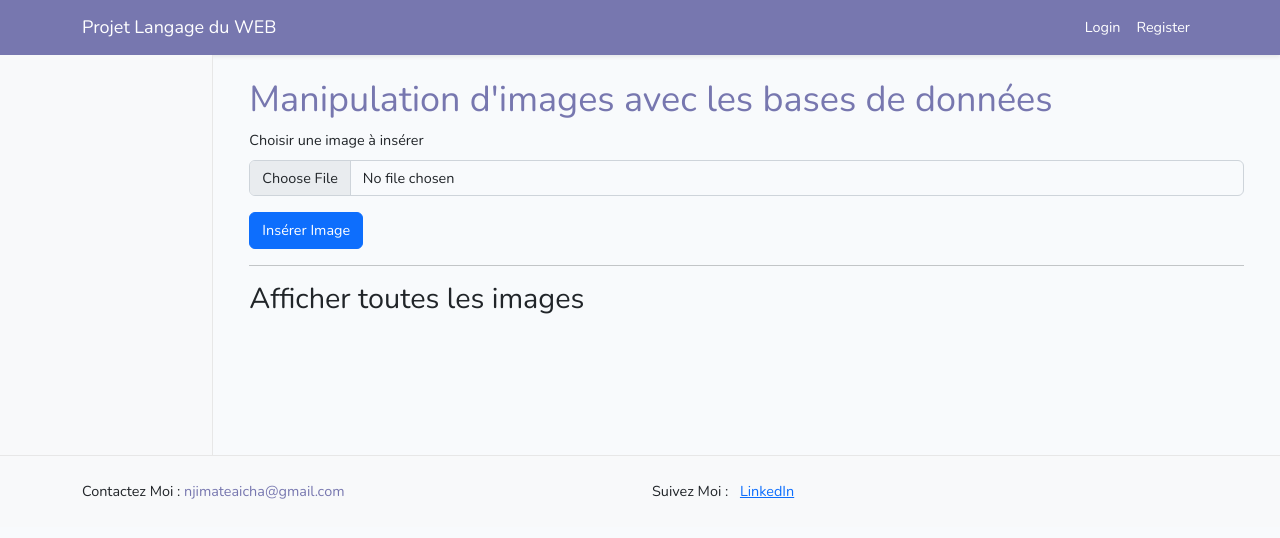
Repository: NjimateAicha/LaravelWeb
Page: http://localhost/image/create
The author's editor kept a copy of each file at every save. The page is drawn from the files as they stood at one save, then again after the next save.
The browser window is 1280 px wide. The pictures show the whole page.
Some web libraries are served in a nearby version. The page is served by the project's Laravel application, run on PHP 8.4 with Laravel 9. Other server files are loaded and not shown. Style sheets and scripts are compiled from the project's sources, by tool versions that may differ from the author's. Queries for data that is not in the repository find no rows.

Above is the page before, as saved 2024-05-19 17:38:14.

### routes/web.php
<?php

use App\Http\Controllers\AproposDeMoiController;
use App\Http\Controllers\ChartsController;
use App\Http\Controllers\EtudiantController;
use App\Http\Controllers\formulairesController;
use App\Http\Controllers\ImageController;
use App\Http\Controllers\JsController;
use App\Http\Controllers\MapController;
use App\Http\Controllers\MatriceController;
use App\Http\Controllers\PhpController;
use App\Http\Controllers\ProjetController;
use App\Http\Controllers\QuizController;
use Illuminate\Support\Facades\Auth;
use Illuminate\Support\Facades\Route;

/*
|--------------------------------------------------------------------------
| Web Routes
|--------------------------------------------------------------------------
|
| Here is where you can register web routes for your application. These
| routes are loaded by the RouteServiceProvider within a group which
| contains the "web" middleware group. Now create something great!
|
*/

Route::get('/', function () {
    return view('auth.login');
});


Auth::routes();

Route::get('/home', [App\Http\Controllers\HomeController::class, 'index'])->name('home');

Route::get('/projets', [ProjetController::class, 'index'])->name('projets.index');
Route::get('/aproposDeMoi', [AproposDeMoiController::class, 'index'])->name('aProposDeMoi.index');


/* CRUD Student */
Route::resource('/etudiant' ,EtudiantController::class );
/* CRUD image */
Route::resource('/image' ,ImageController::class );
/* CRUD Maps */
Route::resource('/map' ,MapController::class );
/* CRUD Charts */
Route::resource('/charts' ,ChartsController::class );
/* Matrice */
Route::resource('/matrice' ,MatriceController::class );
/* quiz */
Route::resource('/Quiz' ,QuizController::class );
Route::get('/quiz/javascript', [QuizController::class, 'javascriptQuiz'])->name('quiz.javascript');
Route::post('/quiz/calculateJS', [QuizController::class, 'calculateScoreJS'])->name('quiz.calculateJS');
Route::get('/quiz/php', [QuizController::class, 'phpQuiz'])->name('quiz.php');
Route::post('/quiz/calculatePHP', [QuizController::class, 'calculateScorePHP'])->name('quiz.calculatePHP');

### app/Http/Controllers/ImageController.php
<?php

namespace App\Http\Controllers;

use App\Models\Image;
use Illuminate\Http\Request;
use Illuminate\Support\Facades\Storage;

class ImageController extends Controller
{
    /**
     * Display a listing of the resource.
     *
     * @return \Illuminate\Http\Response
     */
    public function index()
    {

    }

    /**
     * Show the form for creating a new resource.
     *
     * @return \Illuminate\Http\Response
     */
    public function create()
{
    $images = Image::all();
    return view('image.create', compact('images'));
}

    /**
     * Store a newly created resource in storage.
     *
     * @param  \Illuminate\Http\Request  $request
     * @return \Illuminate\Http\Response
     */
    public function store(Request $request)
{
    $request->validate([
        'image_file' => 'required|image|mimes:jpeg,png,jpg,gif|max:2048', // Valider les images avec les extensions jpeg, png, jpg, gif et une taille maximale de 2 Mo
    ]);

    $size = $request->file('image_file')->getSize();
    $name = $request->file('image_file')->getClientOriginalName();
    $type = $request->file('image_file')->getClientOriginalExtension();
    $bin_img = file_get_contents($request->file('image_file')->getRealPath());

    $image = Image::create([
        'nom' => $name,
        'type' => $type,
        'size' => $size,
        'bin_img' => $bin_img,
    ]);

    $request->file('image_file')->storeAs('public/images/', $name);



    // Redirection avec un message de succès
    return redirect()->route('image.create')->with('success', 'image est enregistré avec succès.');

}


    /**
     * Display the specified resource.
     *
     * @param  \App\Models\Image  $image
     * @return \Illuminate\Http\Response
     */
    public function show(Image $image)
    {
        //
    }

    /**
     * Show the form for editing the specified resource.
     *
     * @param  \App\Models\Image  $image
     * @return \Illuminate\Http\Response
     */
    public function edit(Image $image)
    {
        //
    }

    /**
     * Update the specified resource in storage.
     *
     * @param  \Illuminate\Http\Request  $request
     * @param  \App\Models\Image  $image
     * @return \Illuminate\Http\Response
     */
    public function update(Request $request, Image $image)
    {
        //
    }

    /**
     * Remove the specified resource from storage.
     *
     * @param  \App\Models\Image  $image
     * @return \Illuminate\Http\Response
     */
    public function destroy(Image $image)
{
    // Supprimer l'image de la base de données
    $image->delete();

    // Supprimer le fichier image du stockage
    Storage::delete('public/images/' . $image->nom);

    return redirect()->back()->with('success', 'Image supprimée avec succès');
}

}

### app/Models/Image.php
<?php

namespace App\Models;

use Illuminate\Database\Eloquent\Factories\HasFactory;
use Illuminate\Database\Eloquent\Model;

class Image extends Model
{
    use HasFactory;
    protected $fillable = ['nom', 'type', 'size', 'bin_img'];
}

### resources/views/image/create.blade.php
@extends('layouts.app')
@section('content')
<style>
    h1{
        color: #7777af;
    }
</style>

@if ($errors->any())
    <div class="alert alert-danger">
        <ul>
            @foreach ($errors->all() as $error)
                <li>{{ $error }}</li>
            @endforeach
        </ul>
    </div>
@endif

    <div class="container">
        <br>
        <h1>Manipulation d'images avec les bases de données</h1>

        <form action="{{ route('image.store') }}" method="post" enctype="multipart/form-data">
            @csrf
            <div class="mb-3">
                <label for="image_file" class="form-label">Choisir une image à insérer</label>
                <input type="file" class="form-control" name="image_file" required>
            </div>
            <button type="submit" class="btn btn-primary">Insérer Image</button>
        </form>

        <hr>

        <h2>Afficher toutes les images</h2>

        <div class="row">
            @foreach ($images as $ph)
                <div class="col-md-4 mb-4">
                    <div class="card">
                        <div class="card-body">
                            <h5 class="card-title">{{ $ph->nom }}</h5>
                            <img src="{{ asset('storage/images/' . $ph->nom) }}" class="card-img-top img-thumbnail" alt="{{ $ph->nom }}">
                            <div class="mt-2 d-flex">
                                <form action="{{ route('image.destroy', $ph->id) }}" method="POST">
                                    @csrf
                                    @method('DELETE')
                                    <button type="submit" class="btn btn-sm btn-danger" onclick="return confirm('Êtes-vous sûr de vouloir supprimer la photo ?')">Supprimer</button>
                                </form>
                            </div>
                        </div>
                    </div>
                </div>
            @endforeach
        </div>



    </div>
@endsection

### resources/views/layouts/app.blade.php
<!doctype html>
<html lang="{{ str_replace('_', '-', app()->getLocale()) }}">

<head>
    <meta charset="utf-8">
    <meta name="viewport" content="width=device-width, initial-scale=1">

    <!-- CSRF Token -->
    <meta name="csrf-token" content="{{ csrf_token() }}">

    <title>{{ config('app.name', 'Aicha\'s Portfolio') }}</title>

    <!-- Fonts -->
    <link rel="dns-prefetch" href="//fonts.bunny.net">
    <link href="https://fonts.bunny.net/css?family=Nunito" rel="stylesheet">

    <!-- Styles -->
    <link rel="stylesheet" href="https://maxcdn.bootstrapcdn.com/bootstrap/4.5.2/css/bootstrap.min.css">
    <style>

        body {
            font-family: 'Nunito', sans-serif;
        }
        .navbar {
            background-color: #7777af;
        }
        .navbar-brand, .navbar-nav .nav-link {
            color: white !important;
        }
        .sidebar {
            background-color: #f8f9fa;
            border-right: 1px solid #e7e7e7;
        }
        .sidebar .nav-link {
            color: #7777af;
        }
        .sidebar .nav-link:hover {
            color: #7777af;
        }
        .font-weight-bold {
            font-weight: bold !important;
        }
        footer {
            background-color: #f8f9fa;
            border-top: 1px solid #e7e7e7;
            padding: 10px 0;
        }
        footer p {
            margin: 0;
        }
    </style>
    <!-- Scripts -->
    @vite(['resources/sass/app.scss', 'resources/js/app.js'])
</head>

<body>
    <div id="app">
        <nav class="navbar navbar-expand-md navbar-light shadow-sm">
            <div class="container">
                <a class="navbar-brand" href="{{ url('/') }}">
                    Projet Langage du WEB
                </a>
                <button class="navbar-toggler" type="button" data-toggle="collapse" data-target="#navbarSupportedContent" aria-controls="navbarSupportedContent" aria-expanded="false" aria-label="{{ __('Toggle navigation') }}">
                    <span class="navbar-toggler-icon"></span>
                </button>

                <div class="collapse navbar-collapse" id="navbarSupportedContent">
                    <!-- Left Side Of Navbar -->
                    <ul class="navbar-nav me-auto"></ul>

                    <!-- Right Side Of Navbar -->
                    <ul class="navbar-nav ms-auto">
                        <!-- Authentication Links -->
                        @guest
                            @if (Route::has('login'))
                                <li class="nav-item">
                                    <a class="nav-link" href="{{ route('login') }}">{{ __('Login') }}</a>
                                </li>
                            @endif

                            @if (Route::has('register'))
                                <li class="nav-item">
                                    <a class="nav-link" href="{{ route('register') }}">{{ __('Register') }}</a>
                                </li>
                            @endif
                        @else
                            <li class="nav-item dropdown">
                                <a id="navbarDropdown" class="nav-link dropdown-toggle" href="#" role="button" data-toggle="dropdown" aria-haspopup="true" aria-expanded="false" v-pre>
                                    {{ Auth::user()->name }}
                                </a>

                                <div class="dropdown-menu dropdown-menu-right" aria-labelledby="navbarDropdown">
                                    <a class="dropdown-item" href="{{ route('logout') }}"
                                       onclick="event.preventDefault();
                                                     document.getElementById('logout-form').submit();">
                                        {{ __('Logout') }}
                                    </a>

                                    <form id="logout-form" action="{{ route('logout') }}" method="POST" class="d-none">
                                        @csrf
                                    </form>
                                </div>
                            </li>
                        @endguest
                    </ul>
                </div>
            </div>
        </nav>

        <div class="container-fluid">
            <div class="row">
                <nav class="col-md-2 d-none d-md-block sidebar">
                    <div class="position-sticky pt-3" style="height: 400px">
                        <ul class="nav flex-column">
                            @auth
                                <li class="nav-item">
                                    <a class="nav-link active font-weight-bold" aria-current="page" href="{{ route('aProposDeMoi.index') }}">À propos de moi</a>
                                </li>
                                <li class="nav-item">
                                    <a class="nav-link font-weight-bold" href="{{ route('projets.index') }}">Mes Projets</a>
                                </li>
                            @endauth
                        </ul>
                    </div>
                </nav>
                <main class="col-md-9 ms-sm-auto col-lg-10 px-md-4">
                    @yield('content')
                </main>
            </div>
        </div>

        <footer class="bg-light py-4">
            <div class="container">
                <div class="row justify-content-between">
                    <div class="col-md-6">
                        <p class="d-inline">Contactez Moi : <span style="color: #7777af;">njimateaicha@gmail.com</span></p>
                    </div>
                    <div class="col-md-6">
                        <p class="d-inline-block me-2 mb-0">Suivez Moi :</p>
                        <a href="https://www.linkedin.com/" class="text-blue-500 hover:text-7777af-700 d-inline-block" target="_blank">LinkedIn</a>
                    </div>
                </div>
            </div>
        </footer>
    </div>

    <!-- Bootstrap JS and dependencies -->
    <script src="https://code.jquery.com/jquery-3.5.1.slim.min.js"></script>
    <script src="https://cdn.jsdelivr.net/npm/@popperjs/core@2.5.4/dist/umd/popper.min.js"></script>
    <script src="https://maxcdn.bootstrapcdn.com/bootstrap/4.5.2/js/bootstrap.min.js"></script>
</body>

</html>

Loaded but not shown: app/Http/Controllers/Auth/ConfirmPasswordController.php (common file); app/Http/Controllers/Controller.php (common file); resources/sass/app.scss (common file); resources/sass/_variables.scss (common file)

After the next save:
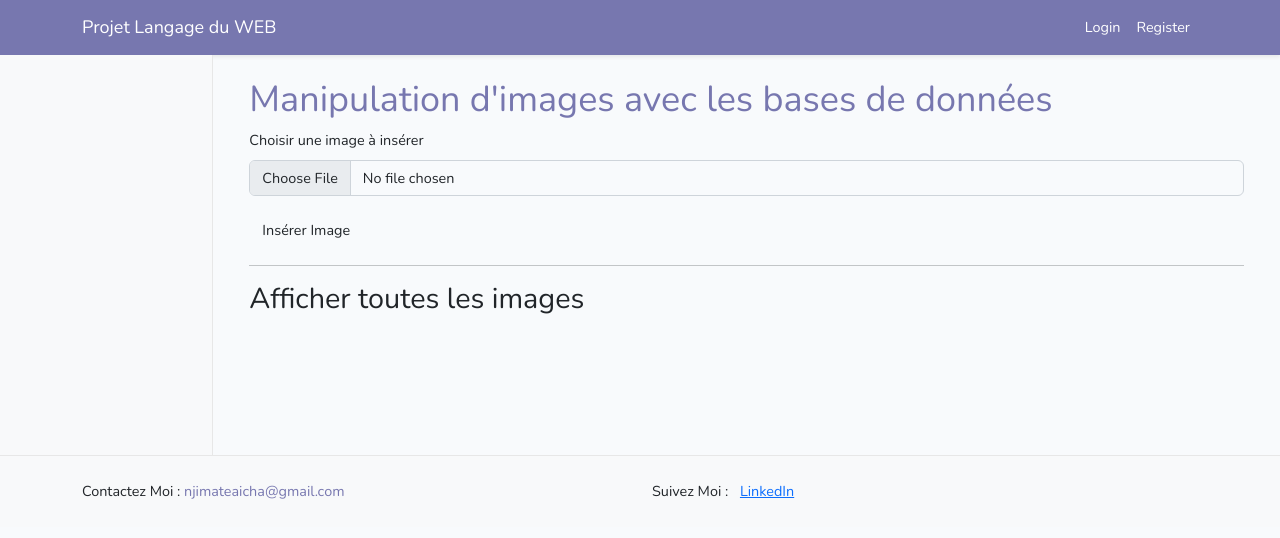
Saved 2 min 39 s later.
--- a/resources/views/image/create.blade.php
+++ b/resources/views/image/create.blade.php
@@ -26,7 +26,7 @@
                 <label for="image_file" class="form-label">Choisir une image à insérer</label>
                 <input type="file" class="form-control" name="image_file" required>
             </div>
-            <button type="submit" class="btn btn-primary">Insérer Image</button>
+            <button type="submit" class="btn cus">Insérer Image</button>
         </form>
 
         <hr>
